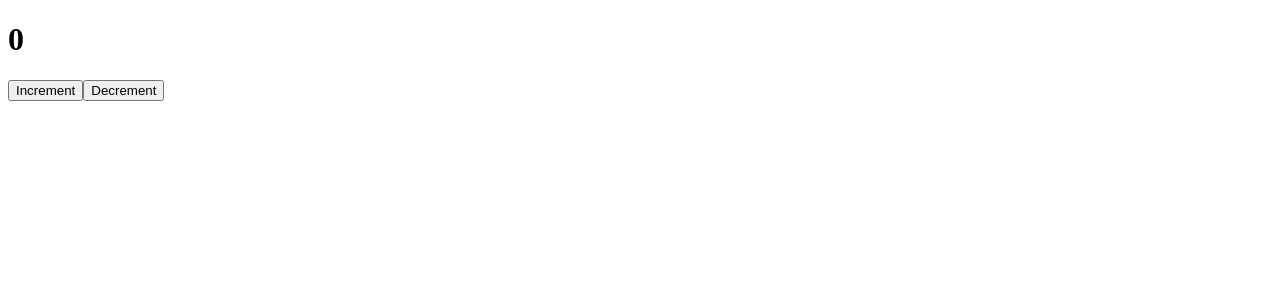
Repository: otvertka/ulb2_react
Page: / (app in jk_project/)
These files come from the project's save history. The page is drawn as it stood at one moment and after the next save; the edit follows.
The browser window is 1280 px wide. The pictures show the whole page.
The project was rebuilt for these pictures with package versions that can differ from the ones it lists, and the page was loaded fresh each time.

Above is the page before, as saved 2023-09-07 11:20:19.

After the next save:
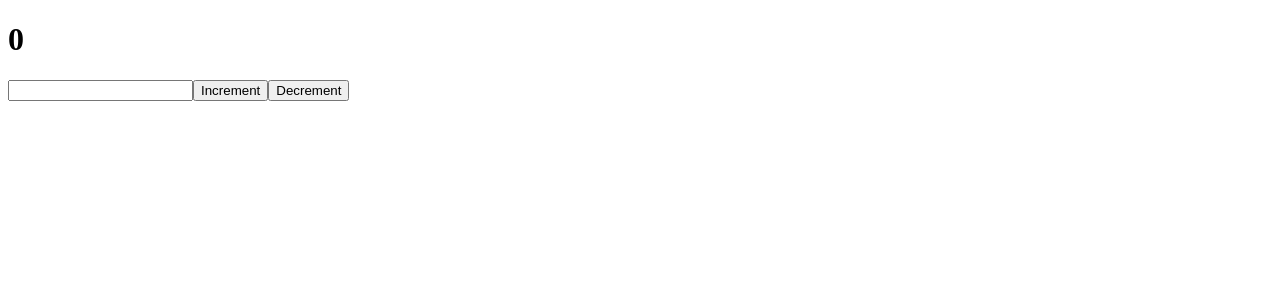
Saved 5 min 54 s later.
--- a/jk_project/src/App.js
+++ b/jk_project/src/App.js
@@ -2,6 +2,7 @@ import React, { useState } from "react";
 
 function App() {
   const [count, setCount] = useState(0);
+  const [value, setValue] = useState("");
 
   function incr() {
     setCount(count + 1);
@@ -9,10 +10,16 @@ function App() {
   function decr() {
     setCount(count - 1);
   }
+  function inpHandler(event) {
+    // event.preventDefault();
+    setValue(event.target.value);
+  }
 
   return (
     <div className="App">
       <h1>{count}</h1>
+      <h1>{value}</h1>
+      <input onChange={inpHandler} type="text" value={value} />
       <button onClick={incr}>Increment </button>
       <button onClick={decr}>Decrement </button>
     </div>
